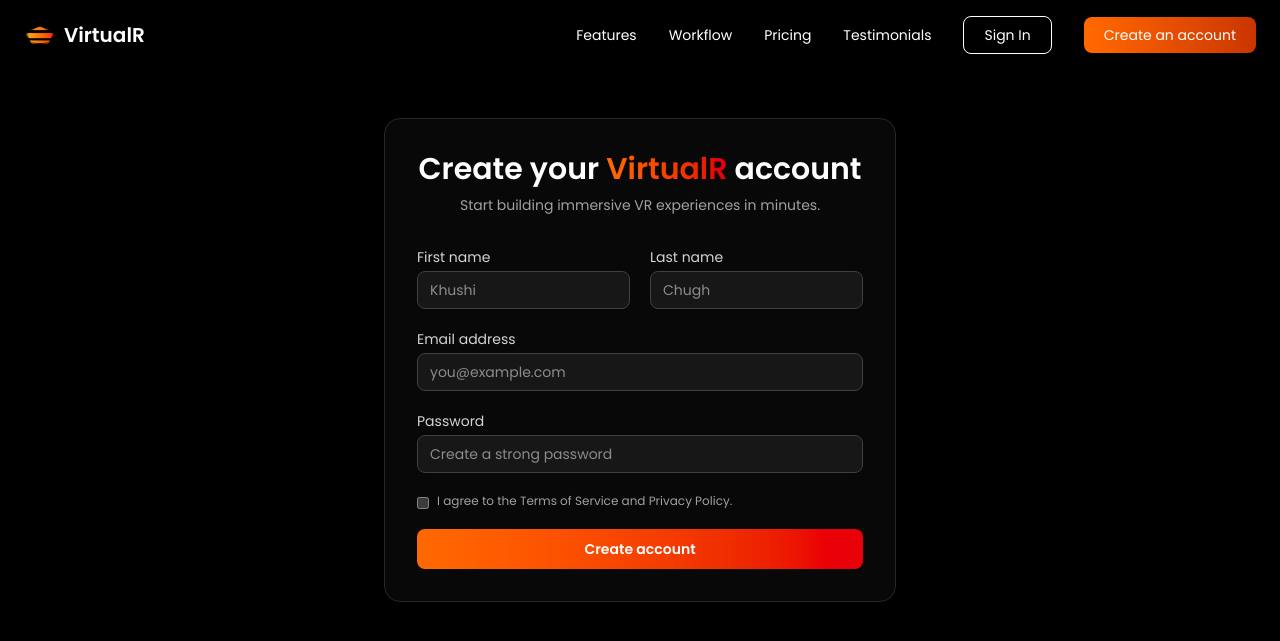
Repository: Khushichugh14/Virtualab
Page: /create-account
An editor plug-in stored every save of this project. The page is shown before and after the next save, followed by the edit.
The browser window is 1280 px wide. The pictures show the whole page.
The project was rebuilt for these pictures with package versions that can differ from the ones it lists, and the page was loaded fresh each time. Also part of the build but not shown: vite.config.js, src/pages/StartFree.jsx, src/pages/Documentation.jsx, src/pages/SignIn.jsx, src/components/HeroSection.jsx, src/components/FeatureSection.jsx, src/components/Workflow.jsx, src/components/Pricing.jsx and 3 more. Imported but missing from the stored project, and not drawn on this page: src/assets/video1.mp4, src/assets/video2.mp4.

Above is the page before, as saved 2025-12-10 12:25:32.

### index.html
<!doctype html>
<html lang="en">
  <head>
    <meta charset="UTF-8" />
    <link rel="icon" type="image/svg+xml" href="/vite.svg" />
    <meta name="viewport" content="width=device-width, initial-scale=1.0" />
    <title>virtular</title>
  </head>
  <body>
    <div id="root"></div>
    <script type="module" src="/src/main.jsx"></script>
  </body>
</html>

### src/main.jsx
import React from "react";
import ReactDOM from "react-dom/client";
import App from "./App";
import { BrowserRouter } from "react-router-dom";
import "./index.css";
import { Toaster } from "react-hot-toast";

ReactDOM.createRoot(document.getElementById("root")).render(
  <React.StrictMode>
    <BrowserRouter>
      <App />
       <Toaster position="top-right" />
    </BrowserRouter>
  </React.StrictMode>
);

### src/App.jsx
// App.jsx
import Navbar from "./components/Navbar";

import StartFree from "./pages/StartFree";
import Documentation from "./pages/Documentation";
import CreateAccount from "./pages/CreatAccount";
import SignIn from "./pages/SignIn";

import { Routes, Route } from "react-router-dom";
import HomePage from "./pages/HomePage";

const App = () => {
  return (
    <>
      <Navbar />

      <Routes>
        {/* Landing page */}
        <Route path="/" element={<HomePage />} />

        {/* Other pages */}
        <Route path="/start-free" element={<StartFree />} />
        <Route path="/documentation" element={<Documentation />} />
        <Route path="/create-account" element={<CreateAccount />} />
        <Route path="/signin" element={<SignIn />} />
      </Routes>
    </>
  );
};

export default App;

### src/index.css
@import url('https://fonts.googleapis.com/css2?family=Poppins:ital,wght@0,100;0,200;0,300;0,400;0,500;0,600;0,700;0,800;0,900;1,100;1,200;1,300;1,400;1,500;1,600;1,700;1,800;1,900&display=swap');

@import "tailwindcss";

:root {
  font-family: "Poppins", sans-serif;
  color-scheme: dark;
}

### src/components/Navbar.jsx
import { Menu, X } from "lucide-react";
import { useState, useEffect } from "react";
import logo from "../assets/logo.png";
import { navItems } from "../constants";
import { Link, useNavigate } from "react-router-dom";

const Navbar = () => {
  const [isMenuOpen, setIsMenuOpen] = useState(false);
  const [isLoggedIn, setIsLoggedIn] = useState(false);
  const navigate = useNavigate();

  // check login once when navbar mounts
  useEffect(() => {
    const user = localStorage.getItem("user");
    setIsLoggedIn(!!user);
  }, []);

  const handleLogout = () => {
    // only clear login session
    localStorage.removeItem("user");
    setIsLoggedIn(false);
    navigate("/signin");
  };

  const handleNavClick = (href) => {
    // close mobile menu when clicking any nav item
    setIsMenuOpen(false);

    // section links like "#features"
    if (href.startsWith("#")) {
      // make sure we are on homepage so sections exist
      navigate("/");

      // wait for page render then scroll
      setTimeout(() => {
        const id = href.slice(1);
        const el = document.getElementById(id);
        if (el) {
          el.scrollIntoView({ behavior: "smooth" });
        }
      }, 0);
      return;
    }

    // normal route (e.g. /start-free, /docs)
    navigate(href);
  };

  return (
    <nav className="fixed top-0 w-full z-50 bg-black text-white shadow-md">
      <div className="max-w-7xl mx-auto flex justify-between items-center py-4 px-6">
        {/* Logo */}
        <Link to="/" className="flex items-center gap-2">
          <img src={logo} alt="logo" className="h-8" />
          <span className="text-xl font-semibold">VirtualR</span>
        </Link>

        {/* Desktop menu */}
        <div className="hidden md:flex items-center gap-8">
          {navItems.map((item) => (
            <button
              key={item.href}
              onClick={() => handleNavClick(item.href)}
              className="hover:text-orange-400 transition text-sm"
            >
              {item.label}
            </button>
          ))}

          {!isLoggedIn ? (
            <>
              <button
                onClick={() => navigate("/signin")}
                className="px-5 py-2 border border-white rounded-lg hover:bg-white hover:text-black transition text-sm"
              >
                Sign In
              </button>

              <button
                onClick={() => navigate("/create-account")}
                className="px-5 py-2 bg-gradient-to-r from-orange-500 to-orange-700 rounded-lg text-sm"
              >
                Create an account
              </button>
            </>
          ) : (
            <button
              onClick={handleLogout}
              className="px-5 py-2 border border-red-500 text-red-400 hover:bg-red-600 hover:text-white rounded-lg transition text-sm"
            >
              Logout
            </button>
          )}
        </div>

        {/* Mobile menu toggle */}
        <button
          className="md:hidden inline-flex items-center justify-center p-2 rounded-md border border-neutral-700"
          onClick={() => setIsMenuOpen((prev) => !prev)}
          aria-label="Toggle navigation"
        >
          {isMenuOpen ? <X size={20} /> : <Menu size={20} />}
        </button>
      </div>

      {/* Mobile dropdown */}
      {isMenuOpen && (
        <div className="md:hidden border-t border-neutral-800 bg-black">
          <div className="px-6 py-4 flex flex-col gap-4">
            {navItems.map((item) => (
              <button
                key={item.href}
                onClick={() => handleNavClick(item.href)}
                className="text-left w-full hover:text-orange-400 transition text-sm"
              >
                {item.label}
              </button>
            ))}

            {!isLoggedIn ? (
              <>
                <button
                  onClick={() => handleNavClick("/signin")}
                  className="mt-2 w-full px-5 py-2 border border-white rounded-lg hover:bg-white hover:text-black transition text-sm"
                >
                  Sign In
                </button>
                <button
                  onClick={() => handleNavClick("/create-account")}
                  className="w-full px-5 py-2 bg-gradient-to-r from-orange-500 to-orange-700 rounded-lg text-sm"
                >
                  Create an account
                </button>
              </>
            ) : (
              <button
                onClick={handleLogout}
                className="mt-2 w-full px-5 py-2 border border-red-500 text-red-400 hover:bg-red-600 hover:text-white rounded-lg transition text-sm"
              >
                Logout
              </button>
            )}
          </div>
        </div>
      )}
    </nav>
  );
};

export default Navbar;

### src/constants/index.jsx

import { BotMessageSquare } from "lucide-react";
import { BatteryCharging } from "lucide-react";
import { Fingerprint } from "lucide-react";
import { ShieldHalf } from "lucide-react";
import { PlugZap } from "lucide-react";
import { GlobeLock } from "lucide-react";

import user1 from "../assets/profile-pictures/user1.jpg";
import user2 from "../assets/profile-pictures/user2.jpg";
import user3 from "../assets/profile-pictures/user3.jpg";
import user4 from "../assets/profile-pictures/user4.jpg";
import user5 from "../assets/profile-pictures/user5.jpg";
import user6 from "../assets/profile-pictures/user6.jpg";

export const navItems = [
  { label: "Features", id: "featuresection" },
  { label: "Workflow", id: "workflow" },
  { label: "Pricing", id: "pricing" },
  { label: "Testimonials", id: "testimonials" },
];



export const testimonials = [
  {
    user: "John Doe",
    company: "Stellar Solutions",
    image: user1,
    text: "I am extremely satisfied with the services provided. The team was responsive, professional, and delivered results beyond my expectations.",
  },
  {
    user: "Jane Smith",
    company: "Blue Horizon Technologies",
    image: user2,
    text: "I couldn't be happier with the outcome of our project. The team's creativity and problem-solving skills were instrumental in bringing our vision to life",
  },
  {
    user: "David Johnson",
    company: "Quantum Innovations",
    image: user3,
    text: "Working with this company was a pleasure. Their attention to detail and commitment to excellence are commendable. I would highly recommend them to anyone looking for top-notch service.",
  },
  {
    user: "Ronee Brown",
    company: "Fusion Dynamics",
    image: user4,
    text: "Working with the team at XYZ Company was a game-changer for our project. Their attention to detail and innovative solutions helped us achieve our goals faster than we thought possible. We are grateful for their expertise and professionalism!",
  },
  {
    user: "Michael Wilson",
    company: "Visionary Creations",
    image: user5,
    text: "I am amazed by the level of professionalism and dedication shown by the team. They were able to exceed our expectations and deliver outstanding results.",
  },
  {
    user: "Emily Davis",
    company: "Synergy Systems",
    image: user6,
    text: "The team went above and beyond to ensure our project was a success. Their expertise and dedication are unmatched. I look forward to working with them again in the future.",
  },
];

export const features = [
  {
    icon: <BotMessageSquare />,
    text: "Drag-and-Drop Interface",
    description:
      "Easily design and arrange your VR environments with a user-friendly drag-and-drop interface.",
  },
  {
    icon: <Fingerprint />,
    text: "Multi-Platform Compatibility",
    description:
      "Build VR applications that run seamlessly across multiple platforms, including mobile, desktop, and VR headsets.",
  },
  {
    icon: <ShieldHalf />,
    text: "Built-in Templates",
    description:
      "Jumpstart your VR projects with a variety of built-in templates for different types of applications and environments.",
  },
  {
    icon: <BatteryCharging />,
    text: "Real-Time Preview",
    description:
      "Preview your VR application in real-time as you make changes, allowing for quick iterations and adjustments.",
  },
  {
    icon: <PlugZap />,
    text: "Collaboration Tools",
    description:
      "Work together with your team in real-time on VR projects, enabling seamless collaboration and idea sharing.",
  },
  {
    icon: <GlobeLock />,
    text: "Analytics Dashboard",
    description:
      "Gain valuable insights into user interactions and behavior within your VR applications with an integrated analytics dashboard.",
  },
];

export const checklistItems = [
  {
    title: "Code merge made easy",
    description:
      "Track the performance of your VR apps and gain insights into user behavior.",
  },
  {
    title: "Review code without worry",
    description:
      "Track the performance of your VR apps and gain insights into user behavior.",
  },
  {
    title: "AI Assistance to reduce time",
    description:
      "Track the performance of your VR apps and gain insights into user behavior.",
  },
  {
    title: "Share work in minutes",
    description:
      "Track the performance of your VR apps and gain insights into user behavior.",
  },
];

export const pricingOptions = [
  {
    title: "Free",
    price: "$0",
    features: [
      "Private board sharing",
      "5 Gb Storage",
      "Web Analytics",
      "Private Mode",
    ],
  },
  {
    title: "Pro",
    price: "$10",
    features: [
      "Private board sharing",
      "10 Gb Storage",
      "Web Analytics (Advance)",
      "Private Mode",
    ],
  },
  {
    title: "Enterprise",
    price: "$200",
    features: [
      "Private board sharing",
      "Unlimited Storage",
      "High Performance Network",
      "Private Mode",
    ],
  },
];

export const resourcesLinks = [
  { href: "#", text: "Getting Started" },
  { href: "#", text: "Documentation" },
  { href: "#", text: "Tutorials" },
  { href: "#", text: "API Reference" },
  { href: "#", text: "Community Forums" },
];

export const platformLinks = [
  { href: "#", text: "Features" },
  { href: "#", text: "Supported Devices" },
  { href: "#", text: "System Requirements" },
  { href: "#", text: "Downloads" },
  { href: "#", text: "Release Notes" },
];

export const communityLinks = [
  { href: "#", text: "Events" },
  { href: "#", text: "Meetups" },
  { href: "#", text: "Conferences" },
  { href: "#", text: "Hackathons" },
  { href: "#", text: "Jobs" },
];

Loaded but not shown: src/pages/CreatAccount.jsx (209 lines, source omitted)

After the next save:
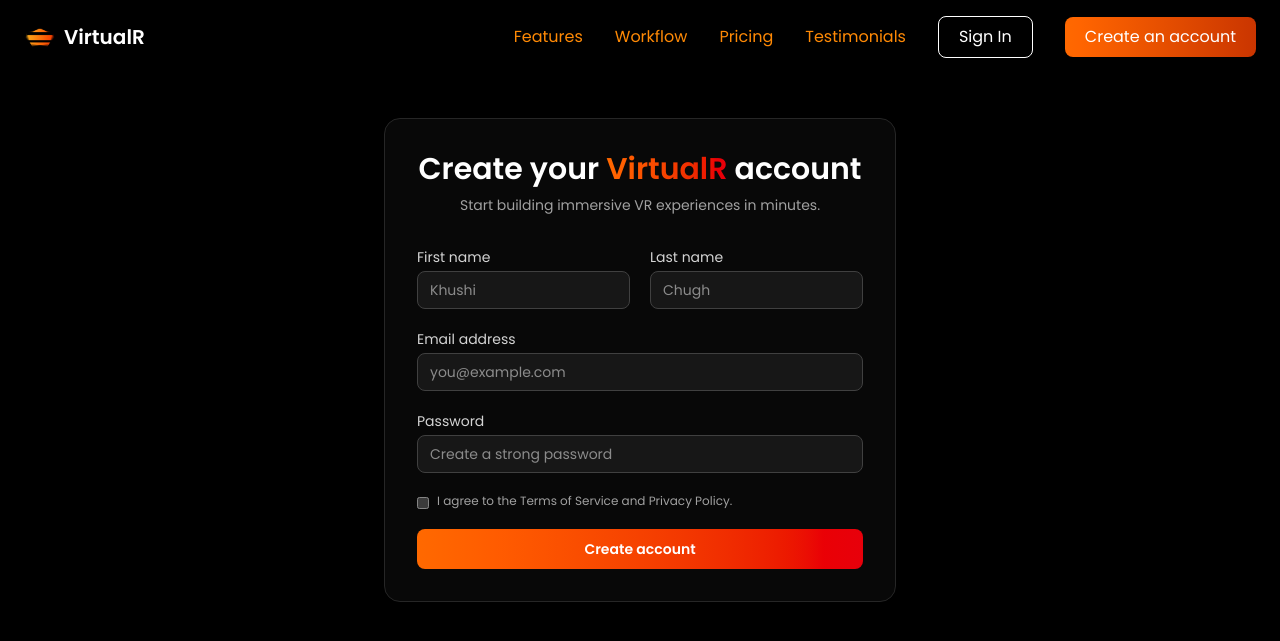
Saved 38 s later.
--- a/src/components/Navbar.jsx
+++ b/src/components/Navbar.jsx
@@ -2,48 +2,24 @@ import { Menu, X } from "lucide-react";
 import { useState, useEffect } from "react";
 import logo from "../assets/logo.png";
 import { navItems } from "../constants";
-import { Link, useNavigate } from "react-router-dom";
+import { Link, NavLink, useNavigate, useLocation } from "react-router-dom";
 
 const Navbar = () => {
   const [isMenuOpen, setIsMenuOpen] = useState(false);
   const [isLoggedIn, setIsLoggedIn] = useState(false);
   const navigate = useNavigate();
+  const location = useLocation();
 
-  // check login once when navbar mounts
+  // ✅ Check login status whenever the route changes
   useEffect(() => {
     const user = localStorage.getItem("user");
     setIsLoggedIn(!!user);
-  }, []);
+  }, [location.pathname]);
 
   const handleLogout = () => {
-    // only clear login session
     localStorage.removeItem("user");
     setIsLoggedIn(false);
     navigate("/signin");
-  };
-
-  const handleNavClick = (href) => {
-    // close mobile menu when clicking any nav item
-    setIsMenuOpen(false);
-
-    // section links like "#features"
-    if (href.startsWith("#")) {
-      // make sure we are on homepage so sections exist
-      navigate("/");
-
-      // wait for page render then scroll
-      setTimeout(() => {
-        const id = href.slice(1);
-        const el = document.getElementById(id);
-        if (el) {
-          el.scrollIntoView({ behavior: "smooth" });
-        }
-      }, 0);
-      return;
-    }
-
-    // normal route (e.g. /start-free, /docs)
-    navigate(href);
   };
 
   return (
@@ -55,38 +31,43 @@ const Navbar = () => {
           <span className="text-xl font-semibold">VirtualR</span>
         </Link>
 
-        {/* Desktop menu */}
+        {/* Desktop Menu */}
         <div className="hidden md:flex items-center gap-8">
-          {navItems.map((item) => (
-            <button
-              key={item.href}
-              onClick={() => handleNavClick(item.href)}
-              className="hover:text-orange-400 transition text-sm"
+          {navItems.map((item, index) => (
+            <NavLink
+              key={index} // ✅ unique key
+              to={item.href}
+              className={({ isActive }) =>
+                `hover:text-orange-400 transition ${
+                  isActive ? "text-orange-400" : ""
+                }`
+              }
             >
               {item.label}
-            </button>
+            </NavLink>
           ))}
 
+          {/* Auth buttons */}
           {!isLoggedIn ? (
             <>
-              <button
-                onClick={() => navigate("/signin")}
-                className="px-5 py-2 border border-white rounded-lg hover:bg-white hover:text-black transition text-sm"
+              <Link
+                to="/signin"
+                className="px-5 py-2 border border-white rounded-lg hover:bg-white hover:text-black transition"
               >
                 Sign In
-              </button>
+              </Link>
 
-              <button
-                onClick={() => navigate("/create-account")}
-                className="px-5 py-2 bg-gradient-to-r from-orange-500 to-orange-700 rounded-lg text-sm"
+              <Link
+                to="/create-account"
+                className="px-5 py-2 bg-gradient-to-r from-orange-500 to-orange-700 rounded-lg"
               >
                 Create an account
-              </button>
+              </Link>
             </>
           ) : (
             <button
               onClick={handleLogout}
-              className="px-5 py-2 border border-red-500 text-red-400 hover:bg-red-600 hover:text-white rounded-lg transition text-sm"
+              className="px-5 py-2 border border-red-500 text-red-400 hover:bg-red-600 hover:text-white rounded-lg transition"
             >
               Logout
             </button>
@@ -95,52 +76,55 @@ const Navbar = () => {
 
         {/* Mobile menu toggle */}
         <button
-          className="md:hidden inline-flex items-center justify-center p-2 rounded-md border border-neutral-700"
+          className="md:hidden p-2"
           onClick={() => setIsMenuOpen((prev) => !prev)}
-          aria-label="Toggle navigation"
         >
-          {isMenuOpen ? <X size={20} /> : <Menu size={20} />}
+          {isMenuOpen ? <X className="h-6 w-6" /> : <Menu className="h-6 w-6" />}
         </button>
       </div>
 
-      {/* Mobile dropdown */}
+      {/* Mobile Menu */}
       {isMenuOpen && (
-        <div className="md:hidden border-t border-neutral-800 bg-black">
-          <div className="px-6 py-4 flex flex-col gap-4">
-            {navItems.map((item) => (
-              <button
-                key={item.href}
-                onClick={() => handleNavClick(item.href)}
-                className="text-left w-full hover:text-orange-400 transition text-sm"
+        <div className="md:hidden bg-black border-t border-neutral-800 px-6 pb-4 flex flex-col gap-4">
+          {navItems.map((item, index) => (
+            <NavLink
+              key={index} // ✅ unique key
+              to={item.href}
+              onClick={() => setIsMenuOpen(false)}
+              className="py-1 hover:text-orange-400 transition"
+            >
+              {item.label}
+            </NavLink>
+          ))}
+
+          {!isLoggedIn ? (
+            <>
+              <Link
+                to="/signin"
+                onClick={() => setIsMenuOpen(false)}
+                className="mt-2 px-4 py-2 border border-white rounded-lg text-center"
               >
-                {item.label}
-              </button>
-            ))}
-
-            {!isLoggedIn ? (
-              <>
-                <button
-                  onClick={() => handleNavClick("/signin")}
-                  className="mt-2 w-full px-5 py-2 border border-white rounded-lg hover:bg-white hover:text-black transition text-sm"
-                >
-                  Sign In
-                </button>
-                <button
-                  onClick={() => handleNavClick("/create-account")}
-                  className="w-full px-5 py-2 bg-gradient-to-r from-orange-500 to-orange-700 rounded-lg text-sm"
-                >
-                  Create an account
-                </button>
-              </>
-            ) : (
-              <button
-                onClick={handleLogout}
-                className="mt-2 w-full px-5 py-2 border border-red-500 text-red-400 hover:bg-red-600 hover:text-white rounded-lg transition text-sm"
+                Sign In
+              </Link>
+              <Link
+                to="/create-account"
+                onClick={() => setIsMenuOpen(false)}
+                className="px-4 py-2 bg-gradient-to-r from-orange-500 to-orange-700 rounded-lg text-center"
               >
-                Logout
-              </button>
-            )}
-          </div>
+                Create an account
+              </Link>
+            </>
+          ) : (
+            <button
+              onClick={() => {
+                setIsMenuOpen(false);
+                handleLogout();
+              }}
+              className="mt-2 px-4 py-2 border border-red-500 text-red-400 rounded-lg text-center"
+            >
+              Logout
+            </button>
+          )}
         </div>
       )}
     </nav>
